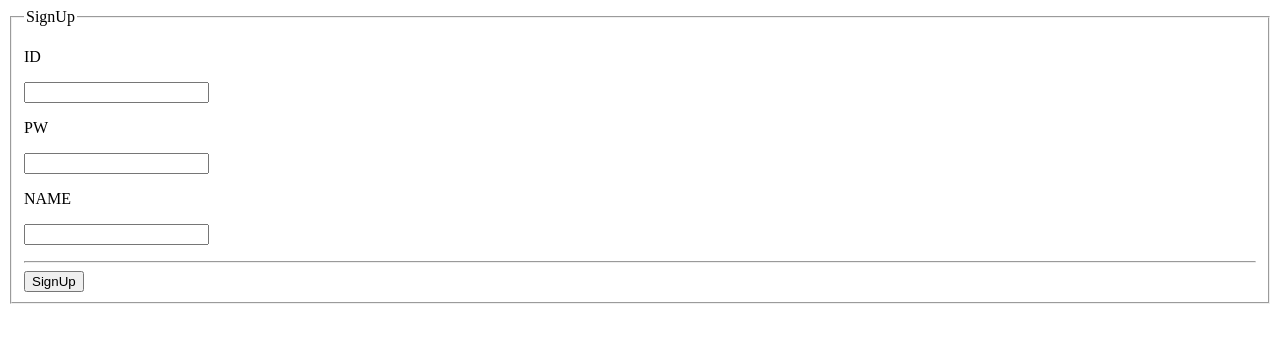
Repository: DanGitUser/javtmldb
Page: http://localhost/Test_Server1/signup.jsp
These files come from the project's save history. The page is drawn as it stood at one moment and after the next save; the edit follows.
The browser window is 1280 px wide. The pictures show the whole page.
The page is served by Tomcat 10.

Above is the page before, as saved 2025-05-16 08:55:06.

After the next save:
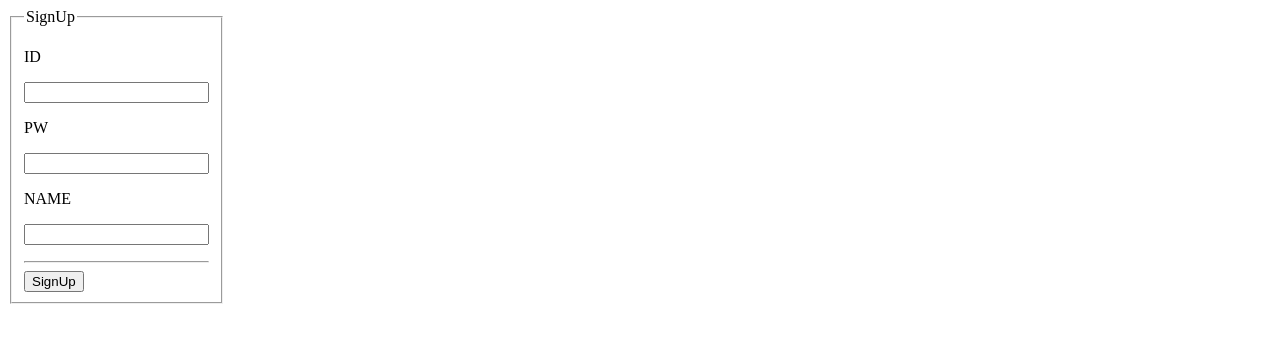
Saved 2 min 41 s later.
--- a/Test_Server1/src/main/webapp/signup.jsp
+++ b/Test_Server1/src/main/webapp/signup.jsp
@@ -1,21 +1,29 @@
 <%@ page language="java" contentType="text/html; charset=UTF-8"
-    pageEncoding="UTF-8"%>
+	pageEncoding="UTF-8"%>
 <!DOCTYPE html>
 <html>
 <head>
 <meta charset="UTF-8">
 <title>Insert title here</title>
 </head>
+<style>
+fieldset {
+	width: 100px;
+}
+</style>
 <body>
-	<form method = "post">
+	<form method="post">
 		<fieldset>
 			<legend>SignUp</legend>
-			<p>ID<p>
-			<input name = "id">
-			<p>PW<p>
-			<input name = "pw" type = "password">
-			<p>NAME<p>
-			<input name = "name">
+			<p>ID
+			<p>
+				<input name="id">
+			<p>PW
+			<p>
+				<input name="pw" type="password">
+			<p>NAME
+			<p>
+				<input name="name">
 			<hr>
 			<button>SignUp</button>
 		</fieldset>
